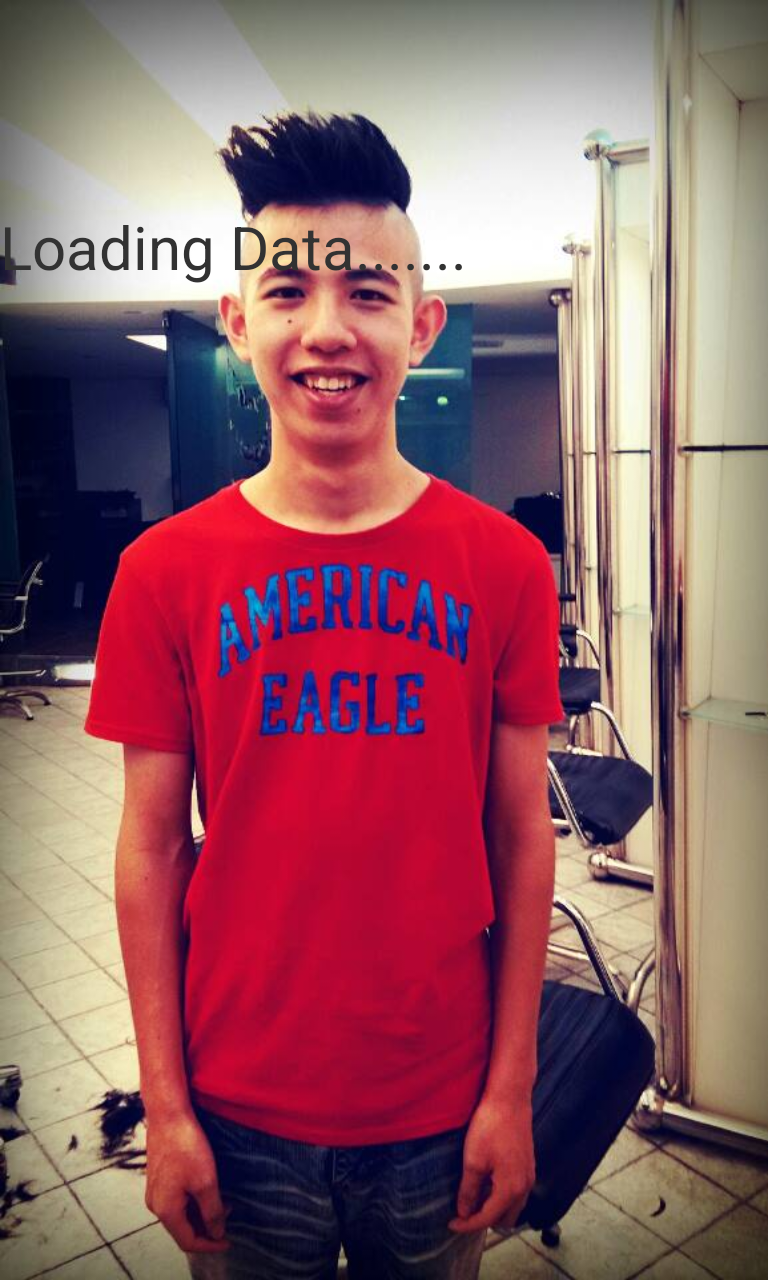
Repository: gt212345/p4p-android
Layout: p4p-android/res/layout/activity_welcome.xml
An editor plug-in stored every save of this project. The layout is shown before and after the next save, followed by the edit.
It is drawn on a 768 x 1280 px phone screen (xhdpi) without system bars, with theme AppTheme; the app's code is not run.

Above is the layout before, as saved 2014-05-24 11:40:14.

After the next save:
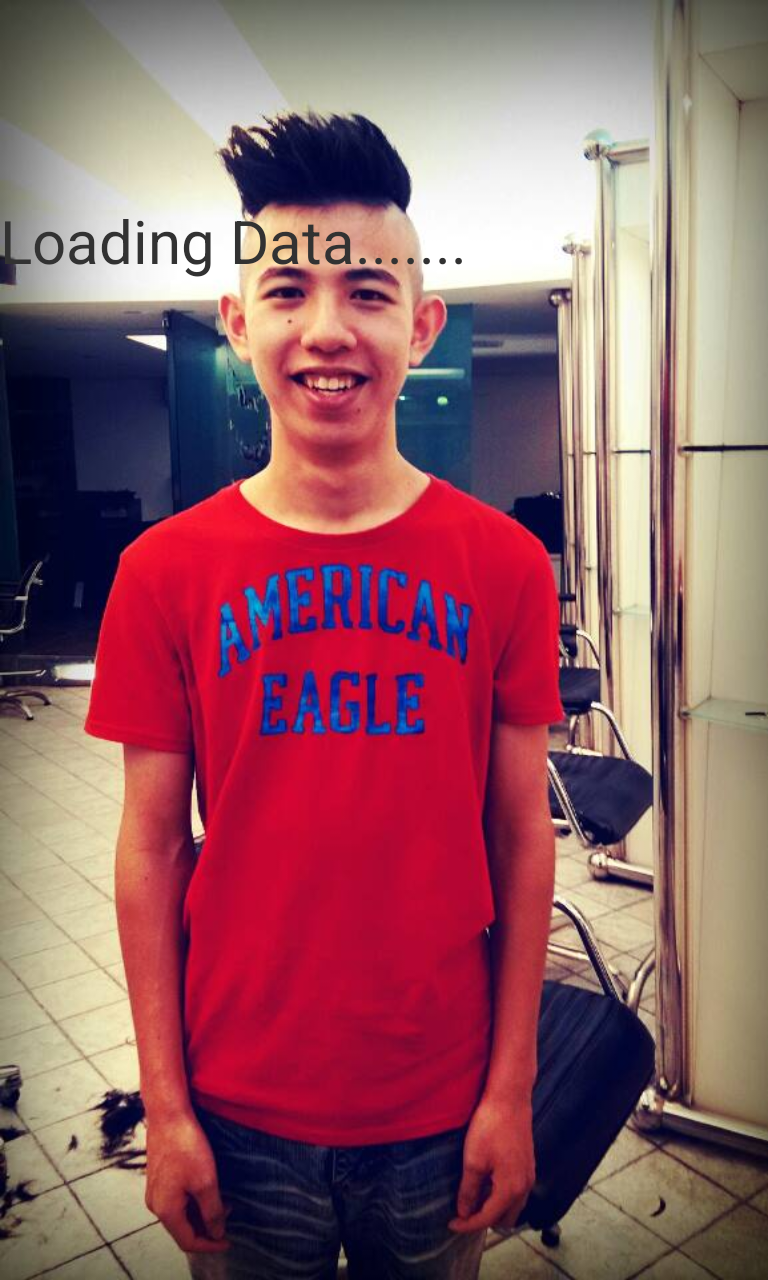
Saved 9 s later.
--- a/p4p-android/res/layout/activity_welcome.xml
+++ b/p4p-android/res/layout/activity_welcome.xml
@@ -12,7 +12,7 @@
         android:layout_alignParentLeft="true"
         android:layout_alignParentRight="true"
         android:layout_alignParentTop="true"
-        android:layout_marginTop="103dp"
+        android:layout_marginTop="100dp"
         android:textSize="30dp"
         android:text="Loading Data......." />
 
